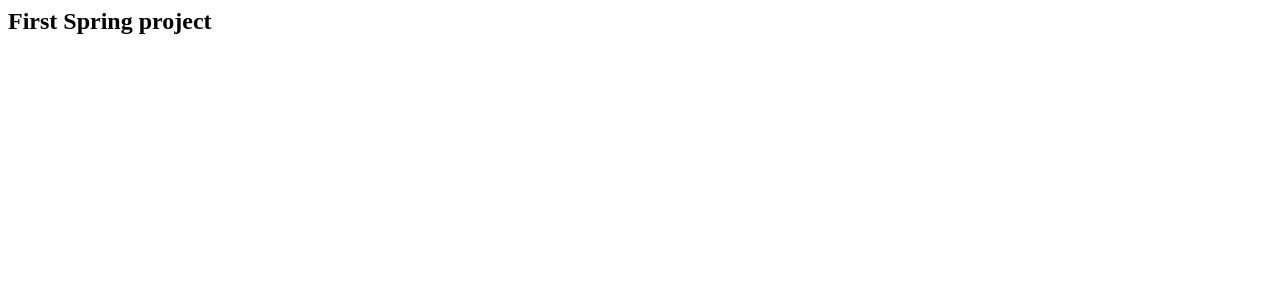
Repository: himanshurai26/Spring-Framewrok-code-
Page: http://localhost/firstSpringmvcproject/
These files come from the project's save history. The page is drawn as it stood at one moment and after the next save; the edit follows.
The browser window is 1280 px wide. The pictures show the whole page.
The page is served by Tomcat 9. Other server files are loaded and not shown.

Above is the page before, as saved 2023-07-24 18:53:04.

### SpringMVC/firstSpringmvcproject/src/main/webapp/index.jsp
<html>
<body>
<h2>First Spring project </h2>
</body>
</html>

After the next save:
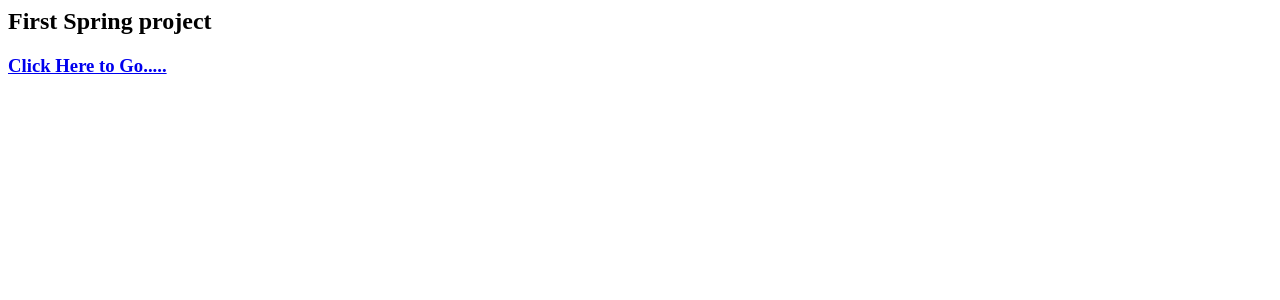
Saved 42 s later.
--- a/SpringMVC/firstSpringmvcproject/src/main/webapp/index.jsp
+++ b/SpringMVC/firstSpringmvcproject/src/main/webapp/index.jsp
@@ -1,5 +1,7 @@
 <html>
 <body>
 <h2>First Spring project </h2>
+
+<h3><a href="hello">Click Here to Go.....</a></h3>
 </body>
 </html>
